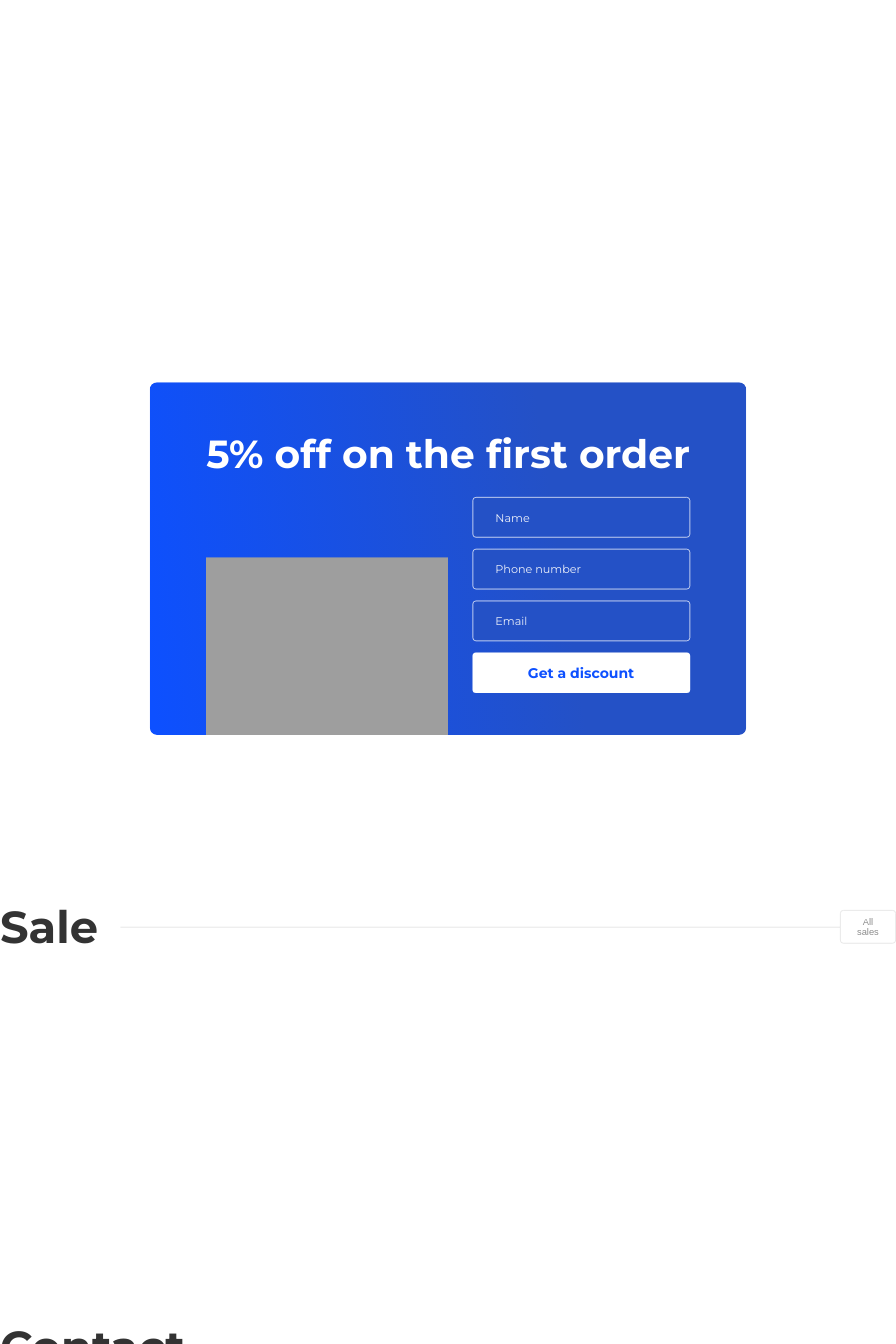
Repository: jursylian/PET-INTERNET-SHOP-PROJECT
Page: /
These files come from the project's save history. The page is drawn as it stood at one moment and after the next save; the edit follows.
The browser window is 1280 px wide. The pictures show the part of the page from y = 1080 to 3000 px (the page is 3900 px tall), at 70% of full size.
Pictures or frames that could not be fetched are drawn as grey boxes. The page's requests for data from a server got no answer. The project was rebuilt for these pictures with package versions that can differ from the ones it lists, and the page was loaded fresh each time. No one was signed in, and anything a server would have sent is missing. Also part of the build but not shown: vite.config.js, src/pages/CategoriesAll/CategoriesAll.module.css, src/layouts/PageSection/PageSection.module.css, src/layouts/PageSection/PageSection.jsx, src/pages/CategoriesAll/CategoriesAll.jsx, src/pages/AllProducts/AllProducts.module.css, src/redux/productsSelectors.js, src/components/ProductFilter/ProductFilter.module.css and 22 more.

Above is the page before, as saved 2025-11-06 00:20:40.

After the next save:
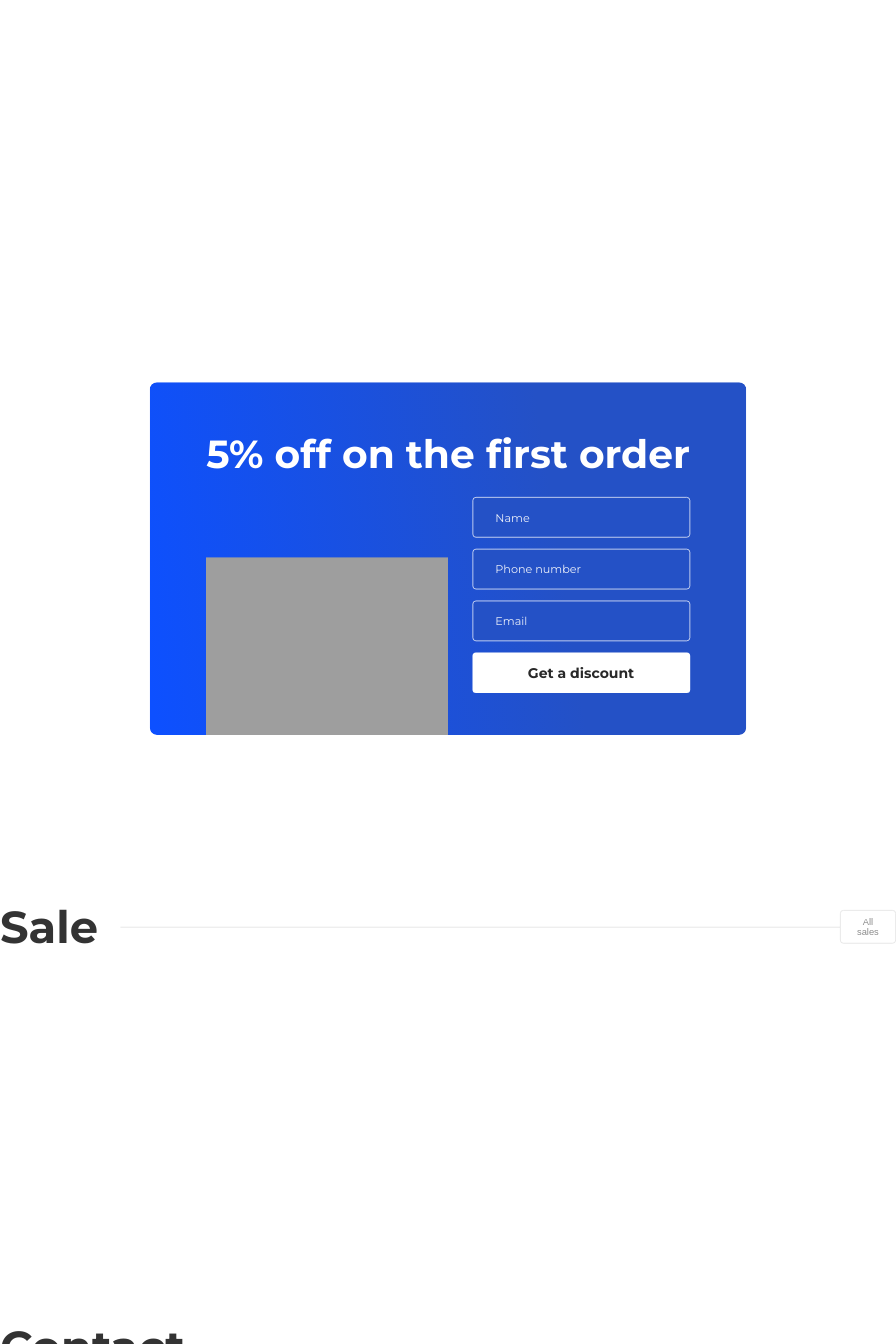
Saved 19 s later.
--- a/src/ui/Button/Button.module.css
+++ b/src/ui/Button/Button.module.css
@@ -2,25 +2,24 @@
   padding: 16px 32px;
   width: 100%;
   height: 58px;
-  font-family: Montserrat;
+  font-family: Montserrat, sans-serif;
   font-weight: 600;
   font-size: 20px;
   border: none;
   border-radius: 5px;
   cursor: pointer;
-  background-color: #ffffff;
-  color: #0d50ff;
+  background-color: #fff;
+  color: #282828;
   transition: all 0.3s ease;
 }
 
 .button:hover {
-  background-color: #385399;
-  color: #ffffff;
-  transform: translateY(-2px);
+  background-color: #282828;
+  color: #fff;
 }
 
-.button:active {
-  background-color: rgb(35, 54, 197);
-  color: white;
-  transform: scale(0.98);
+.submitted {
+  background-color: #fff;
+  color: #0d50ff;
+  border: 2px solid #0d50ff;
 }
